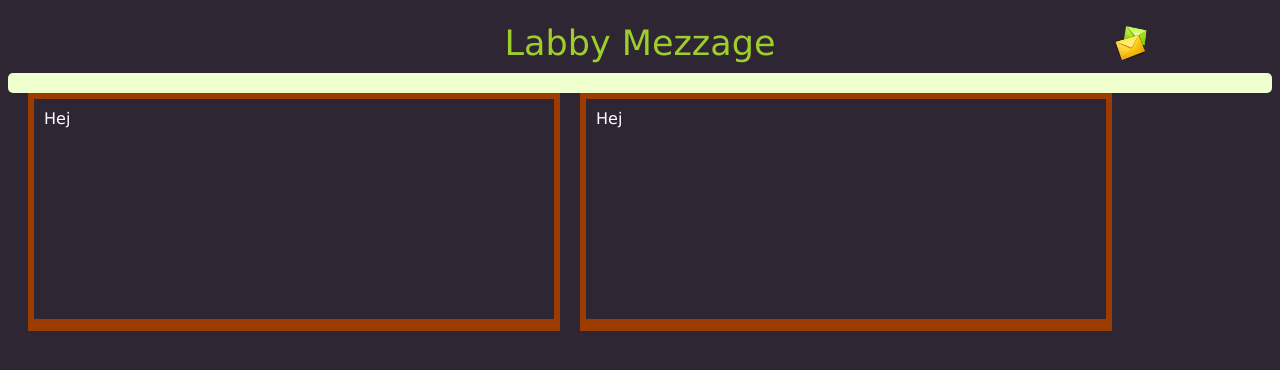
Repository: ad222kr/1dv403-laborationer
Page: 2-labbymezzage/index.html
The author's editor kept a record of every edit. The page is drawn from the files as they stood at one moment, then again after the next edit.
The browser window is 1280 px wide. The pictures show the whole page.

Above is the page before.

After the next edit:
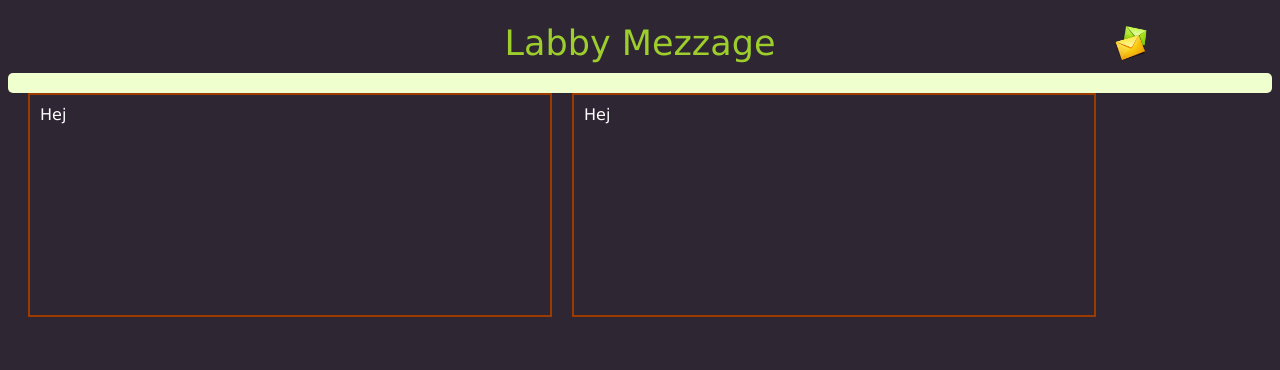
The edit:
--- a/2-labbymezzage/css/style.css
+++ b/2-labbymezzage/css/style.css
@@ -95,9 +95,7 @@
 	width:500px;
 	height:200px;
 	padding:10px;
-	border:6px solid #9b3b00;
-	border-bottom:12px solid #9b3b00;
-	overflow:hidden;
+	border:2px solid #9b3b00;
 	margin:10px;
 	float:left;
 }
